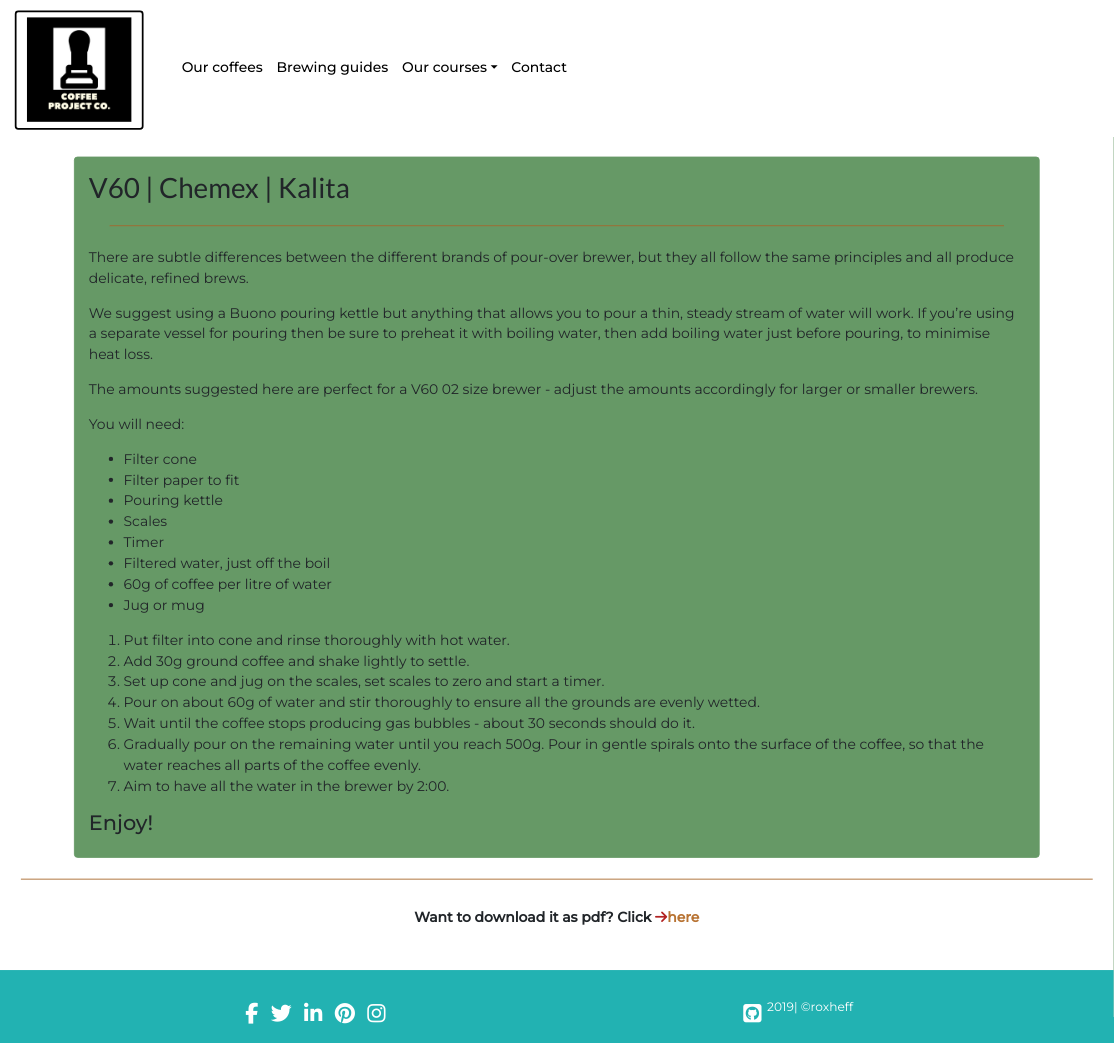
Repository: roxanahefferon/M1
Page: chemex.html
The author's editor kept a record of every edit. The page is drawn from the files as they stood at one moment, then again after the next edit.
The browser window is 1280 px wide. The pictures show the whole page, at 87% of full size.
Some web libraries are served in a nearby version.

Above is the page before.

### chemex.html
<!DOCTYPE html>
<html lang="en">

<head>
  <meta charset="UTF-8">
  <meta name="viewport" content="width=device-width, initial-scale=1.0">
  <meta http-equiv="X-UA-Compatible" content="ie=edge">
  <link rel="stylesheet" href="https://maxcdn.bootstrapcdn.com/bootstrap/4.0.0/css/bootstrap.min.css" integrity="sha384-Gn5384xqQ1aoWXA+058RXPxPg6fy4IWvTNh0E263XmFcJlSAwiGgFAW/dAiS6JXm" crossorigin="anonymous">
  <script src="https://kit.fontawesome.com/877201db70.js" crossorigin="anonymous"></script>
  <link rel="stylesheet" href="assets/css/style.css" type="text/css" />
  <title>Coffee Project Co.</title>
</head>

<body>

  <header>

    <!-- navbar -->

    <nav class="navbar navbar-expand-sm navbar-light fixed-top"> <a class="navbar-brand" href="index.html"> <img src="./assets/images/coffee-project-logo.png" width="120" alt="coffeeproject-logo"></a>
      <button class="navbar-toggler" type="button" data-toggle="collapse" data-target="#collapsibleNavbar">
    <span class="navbar-toggler-icon"></span>
  </button>
      <div class="collapse navbar-collapse " id="collapsibleNavbar">
        <ul class="navbar-nav">
          <li class="nav-item">
            <a class="nav-link" href="coffees.html">Our coffees</a>
          </li>
          <li class="nav-item">
            <a class="nav-link" href="brewing.html">Brewing guides</a>
          </li>
          <li class="nav-item dropdown">
            <a class="nav-link dropdown-toggle" href="#" id="navbardrop" data-toggle="dropdown">Our courses</a>
            <div class="dropdown-menu">
              <a class="dropdown-item" href="intro.html">Intro to coffee</a>
              <a class="dropdown-item" href="barista-sca.html">Barista SCA</a>
              <a class="dropdown-item" href="brewing-sca.html">Brewing SCA</a>
            </div>
          </li>
          <li class="nav-item">
            <a class="nav-link" href="contact.html">Contact</a>
          </li>
        </ul>
      </div>
    </nav>

  </header>

  <!-- main section -->

  <div class="container">
    <div class="brewing-container main-container">
      <div class="row">
        <div class="col">
          <h2>V60 | Chemex | Kalita</h2>
          <hr class="section-divider">
          <p>There are subtle differences between the different brands of pour-over brewer, but they all follow the same principles and all produce delicate, refined brews.</p>
          <p>We suggest using a Buono pouring kettle but anything that allows you to pour a thin, steady stream of water will work. If you’re using a separate vessel for pouring then be sure to preheat it with boiling water, then add boiling water just before
            pouring, to minimise heat loss.</p>
          <p>The amounts suggested here are perfect for a V60 02 size brewer - adjust the amounts accordingly for larger or smaller brewers.</p>
          <p>You will need:</p>
          <ul>
            <li>Filter cone</li>
            <li>Filter paper to fit</li>
            <li>Pouring kettle</li>
            <li>Scales</li>
            <li>Timer</li>
            <li>Filtered water, just off the boil</li>
            <li>60g of coffee per litre of water</li>
            <li>Jug or mug</li>
          </ul>
          <ol>
            <li>Put filter into cone and rinse thoroughly with hot water.</li>
            <li>Add 30g ground coffee and shake lightly to settle. </li>
            <li>Set up cone and jug on the scales, set scales to zero and start a timer.</li>
            <li>Pour on about 60g of water and stir thoroughly to ensure all the grounds are evenly wetted.</li>
            <li>Wait until the coffee stops producing gas bubbles - about 30 seconds should do it. </li>
            <li>Gradually pour on the remaining water until you reach 500g. Pour in gentle spirals onto the surface of the coffee, so that the water reaches all parts of the coffee evenly.</li>
            <li>Aim to have all the water in the brewer by 2:00.</li>
          </ol>
          <h4>Enjoy!</h4>
        </div>
      </div>
    </div>
  </div>
  <hr class="section-divider">

  <!-- sub-section -->

  <div class="container">
    <div class="row">
      <div class="col">
        <p class="brewing-download">Want to download it as pdf? Click <i class="fas fa-arrow-right"></i><a href="./assets/images/V60-Chemex-Brew-Guide.pdf" target="_blank">here</a></p>
      </div>
    </div>
  </div>

  <!-- footer -->

  <footer>
    <div class="footer">
      <div class="container">
        <div class="row no-gutters">
          <div class="col-6 media d-inline-flex justify-content-center">
            <ul class="list-inline">
              <li class="list-inline-item footer-inline">
                <a href="https://www.facebook.com/" target="_blank">
<i class="fab fa-facebook-f" aria-hidden="true"></i>
<span class="sr-only">Facebook</span>
</a>
              </li>
              <li class="list-inline-item footer-inline">
                <a href="https://twitter.com/" target="_blank">
<i class="fab fa-twitter" aria-hidden="true"></i>
<span class="sr-only">Twitter</span></a>
              </li>
              <li class="list-inline-item footer-inline">
                <a href="https://www.linkedin.com" target="_blank">
<i class="fab fa-linkedin-in" aria-hidden="true"></i>
<span class="sr-only">LinkedIn</span>
</a>
              </li>
              <li class="list-inline-item footer-inline">
                <a href="https://www.pinterest.com/" target="_blank">
<i class="fab fa-pinterest" aria-hidden="true"></i>
<span class="sr-only">Pinterest</span>
</a>
              </li>
              <li class="list-inline-item footer-inline">
                <a href="https://www.instagram.com/" target="_blank">
<i class="fab fa-instagram" aria-hidden="true"></i>
<span class="sr-only">Instagram</span>
</a>
              </li>
            </ul>
          </div>
          <div class="col-6 my-info d-inline-flex justify-content-center">
            <a href="https://github.com/roxanahefferon" target="_blank"><i class="fab fa-github-square" aria-hidden="true"></i></a>
            <span class="sr-only">Github</span><span>&nbsp;</span>
            <p>2019| ©roxheff</p>
          </div>
        </div>
      </div>
    </div>
  </footer>

  <script src="https://code.jquery.com/jquery-3.2.1.slim.min.js" integrity="sha384-KJ3o2DKtIkvYIK3UENzmM7KCkRr/rE9/Qpg6aAZGJwFDMVNA/GpGFF93hXpG5KkN" crossorigin="anonymous"></script>
  <script src="https://cdnjs.cloudflare.com/ajax/libs/popper.js/1.12.9/umd/popper.min.js" integrity="sha384-ApNbgh9B+Y1QKtv3Rn7W3mgPxhU9K/ScQsAP7hUibX39j7fakFPskvXusvfa0b4Q" crossorigin="anonymous"></script>
  <script src="https://maxcdn.bootstrapcdn.com/bootstrap/4.0.0/js/bootstrap.min.js" integrity="sha384-JZR6Spejh4U02d8jOt6vLEHfe/JQGiRRSQQxSfFWpi1MquVdAyjUar5+76PVCmYl" crossorigin="anonymous"></script>
</body>

</html>

### assets/css/style.css
@import url('https://fonts.googleapis.com/css?family=Lato:100,200,300,400,500,600,700|Montserrat:100,200,300,400,500&display=swap');

body {
    margin: 0;
    padding: 0;
    font-family: "Montserrat", sans-serif;
}

/* all pages */

.main-container {
    margin-top: 180px;
}

.section-divider {
    background-color: #b87333;
    margin: 1.5rem;
}

.uppercase {
    text-transform: uppercase;
}

/* buttons */

.my-button {
    margin-top: 1rem;
    background-color: #b87333;
    color: #ffffff;
}

.my-button:hover {
    background-color: #4a4a4f;
    color: #ffffff;
    border: 2px solid #4a4a4f;

}

.my-border {
    border: 2px solid #b87333;
    border-radius: 0.25rem;
}

/* headers */

.headers-landing {
    position: relative;
    text-align: center;
}

.ph-landing {
    position: absolute;
    top: 50%;
    left: 50%;
    transform: translate(-50%, -50%);
    border: 5px solid;
    border-radius: 0.25rem;
    padding: 1rem 12rem;
    color: #fff;
    background-color: #000;
    opacity: 0.5;
    text-transform: uppercase;
    font-weight: bold;
    font-size: 1rem;
}

/* all forms */

.form-heading {
    color: #4a4a4f;
    font-family: "Lato", sans-serif;
    font-weight: bolder;
    margin-bottom: 2rem;
}

input[type=text],
input[type=email],
.form-control {
    color: #495057;
    border: 2px solid #b87333;
    border-radius: 0.25rem;
    width: 100%;
    margin-bottom: 0.25rem;
}

/* navbar */

.navbar-brand {
    margin-left: 0.05rem;
    margin-top: 0.25rem;
    border: solid 2px;
    border-color: #000000;
    border-radius: 0.25rem;
    padding: .40rem .75rem;
}

.navbar-light {
    background-color: #ffffff;
}

.navbar fixed-top {
    position: fixed !important;
}

.navbar-brand:hover {
    border-color: #b87333;
}

.navbar .navbar-toggler {
    border: solid 2px;
    border-color: #000000;
}

.navbar .navbar-toggler:hover {
    border-color: #b87333;
}

.dropdown a {
    font-weight: 500;
}

.navbar-nav a {
    font-weight: 500;
}

.dropdown-menu {
    border: solid 2px;
    color: #669966;
}

.dropdown-menu:hover {
    color: #b87333;
}

.navbar-collapse {
    margin-left: 20px;
}

.nav-item a {
    color: #000000;
}

.navbar-light .navbar-nav .nav-link {
    color: #000000;
}

.bgblack {
    background-color: #000000;
    padding: 0;
}

/* jumbotron hero image */

.landing-container {
    background-image: url("https://i.imgur.com/kNQRjOg.png");
    background-position: center;
    background-repeat: no-repeat;
    background-size: cover;
    position: relative;
    -webkit-background-size: cover;
    -moz-background-size: cover;
    -o-background-size: cover;
    display: flex;
    align-items: center;
    justify-content: center;
}

h1 {
    color: #ffffff;
    text-align: center;
}

.jumbotron {
    background-color: rgba(0, 0, 0, 0.75);
}

.jumbotron p {
    color: #ffffff;
    font-size: 1rem;
    text-align: center;
}

.badge-light {
    background-color: #b22222;
    border: none;
    color: #ffffff;
    font-size: 1.5rem;
    margin-left: 0.25rem;
}

.badge-light:hover {
    background-color: #333333;
    border: none;
    color: #000000;
}

.quote-landing {
    color: #b87333;
    text-align: center;
    font-family: "Lora", sans-serif;
    font-weight: 500;
    font-size: 1.2rem;
    margin-top: 1rem;
    padding: 5px;
}

.quote {
    margin-top: 1rem;
    margin-bottom: 1rem;
}

/* about us */

.about {
    color: #fafafa;
    font-weight: lighter;
    margin-bottom: 0.5rem;
    padding: 0.5rem 0;
    border-radius: 0.25rem;
}

.about p {
    margin: 1rem;
    text-align: center;
}

/* our-coffees-landing */

.our-coffees-landing {
    margin-top: 2rem;
    padding: 0;
}

.our-coffees-img {
    padding: 0;
    width: 100%;
    height: auto;
}

/* coffee-single */

.checked {
  color: #669966;
}



.coffee-review {
    margin-bottom: 0;
}

/* landing cards */

.card-header {
    background-color: #ffffff;
    color: #b87333;
    text-align: center;
}

.card-body {
    background-color: #ffffff;
}

.card-text {
    color: #4a4a4f;
    font-weight: lighter;
}

/* landing sca courses */

.sca-section {
    margin-top: 20px;
}

.sca-img {
    padding: 0;
    border: 2px solid;
    border-radius: 0.25rem;
}

/* brewing.html */

.brew-cards {
    background-color: #ffffff;
    border: 2px solid #b87333;
    border-radius: 0.25rem;
}

.brew-cards:hover {
    background-color: #ffffff;
    border: 2px solid #669966;
}

.brew-cards a {
    color: #000000;
    text-decoration: none;
    background-color: #ffffff;
}

.brew-cards a:hover {
    font-size: 20px;
    font-weight: bold;
    color: #669966;
}

/* intro.html */

.sca-content {
    margin: 2rem;
    border: 2px solid #669966;
    border-radius: 0.25rem;
    padding: 1rem;
}

/* quotes */

.media-quotes img{

}

/* footer */

.footer {
    background-color: #22b2b2;
    color: #ffffff;
    font-size: 0.5rem;
    font-family: "Montserrat", sans-serif;
    margin-top: 2rem;
    padding-top: 2rem;
}

.fab {
    color: #ffffff;
    font-size: 14px;
}

.fab:hover {
    font-size: x-large;
}

.my-info p {
    font-size: 14px;
}

/* brewing guides (all .htmls) */

.brewing-container {
    padding: 1rem;
    background-color: #669966;
    border: 1px solid #669966;
    border-radius: 0.25rem;
}

.brewing-container h2 {
    font-family: "Lato", sans-serif;
}

.brewing-download {
    padding-top: 0.5rem;
    font-weight: bold;
    text-align: center;
}

.brewing-download a {
    text-decoration: none;
    color: #b87333;
}

/* contact.html */

.contact-us {
    margin-top: 2rem;
}

.fas {
    color: #b22222;
}

/* media queries */

@media (min-width: 768px) {
    .quote-landing {
        font-size: 2.5rem;
    }
}

@media (min-width: 768px) {
    .footer {
        font-size: 1.5rem;
    }
    .fab {
        font-size: 1.5rem;
    }
    .ph-landing {
        font-size: 2rem;
    }
}

@media (max-width: 576px) {
    .carousel-inner img {
        width: 334px;
        height: 229px;
    }
}

After the next edit:
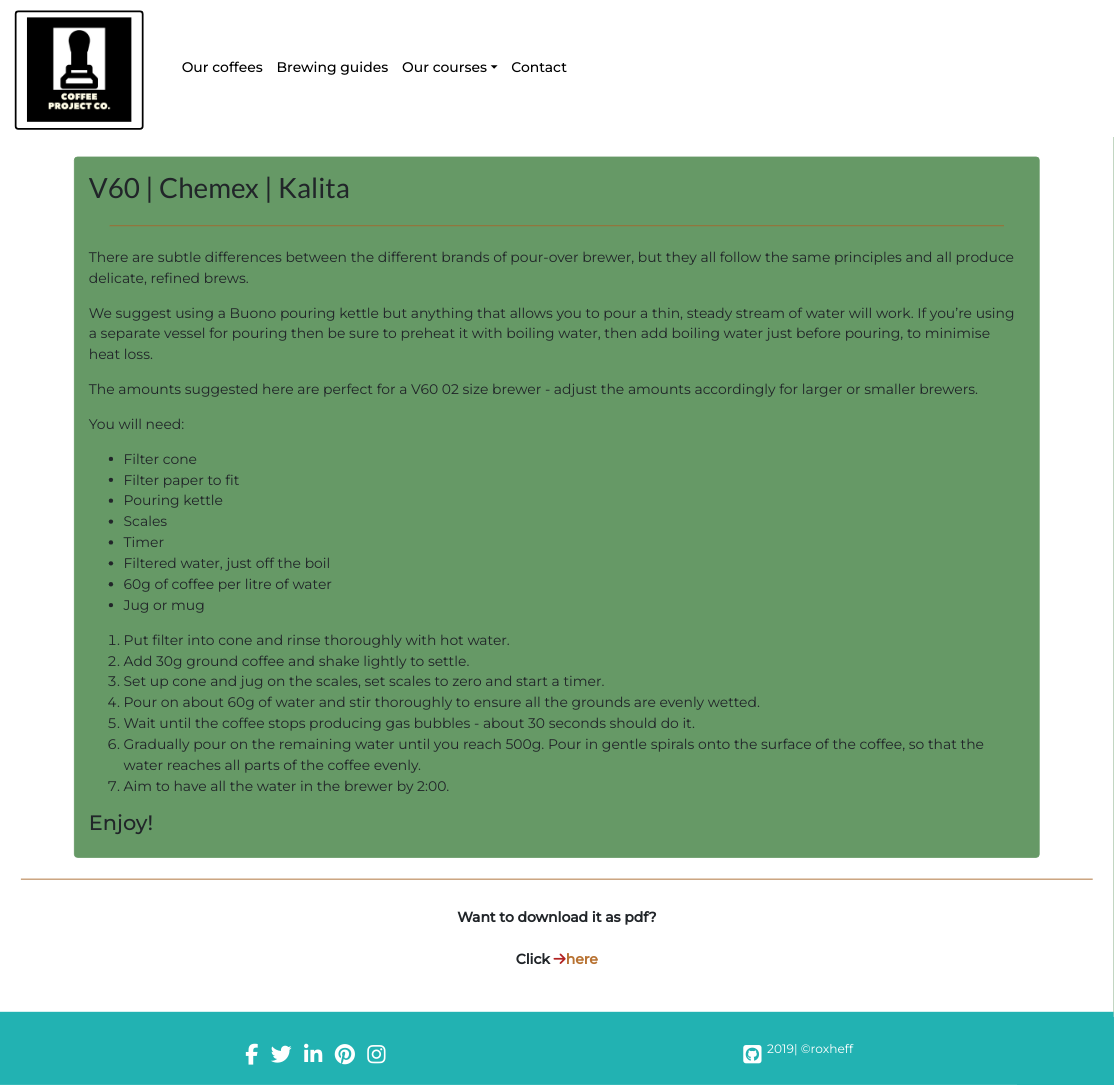
The edit:
--- a/chemex.html
+++ b/chemex.html
@@ -90,7 +90,8 @@
   <div class="container">
     <div class="row">
       <div class="col">
-        <p class="brewing-download">Want to download it as pdf? Click <i class="fas fa-arrow-right"></i><a href="./assets/images/V60-Chemex-Brew-Guide.pdf" target="_blank">here</a></p>
+        <p class="brewing-download">Want to download it as pdf?</p>
+        <p class="brewing-download">Click <i class="fas fa-arrow-right"></i><a href="./assets/images/Aeropress-Brew-Guide.pdf" target="_blank">here</a></p>
       </div>
     </div>
   </div>
